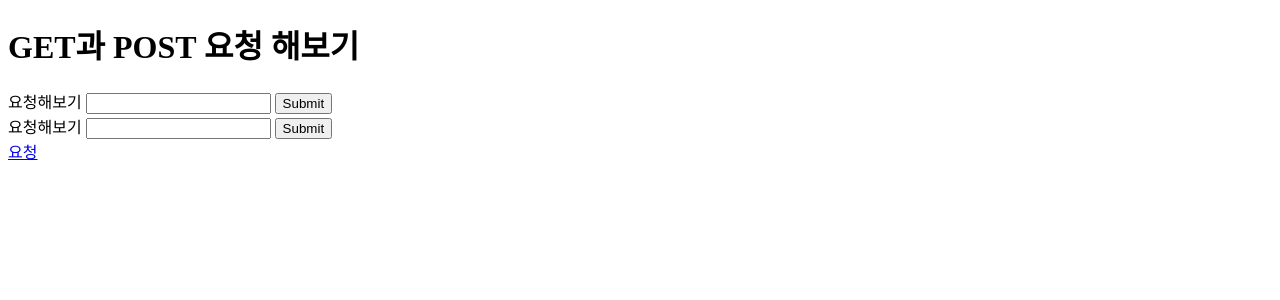
Repository: Jeongsuwon/JavaServlet
Page: WorkSpace/01.HelloJspServlet/src/main/webapp/getpost.html
These files come from the project's save history. The page is drawn as it stood at one moment and after the next save; the edit follows.
The browser window is 1280 px wide. The pictures show the whole page.

Above is the page before, as saved 2023-05-18 02:33:58.

### WorkSpace/01.HelloJspServlet/src/main/webapp/getpost.html
<!DOCTYPE html>
<html>
<head>
<meta charset="UTF-8">
<title>Insert title here</title>
</head>
<body>
	<h1> GET과 POST 요청 해보기</h1>
	<form action="Ex03_GetPost" method="post">
			<label for="name">요청해보기</label>
			<input type="text" name="txt1" id="txt2" >
			<input type="submit">
	</form>

	<form action="Ex03_GetPost">
	<label for="name">요청해보기</label>
	<input type="text" name="txt1" id="txt2">
	<input type="submit">
	</form>


	<a href="Ex03_GetPost?txt1=1234">요청</a>

</body>
</html>

After the next save:
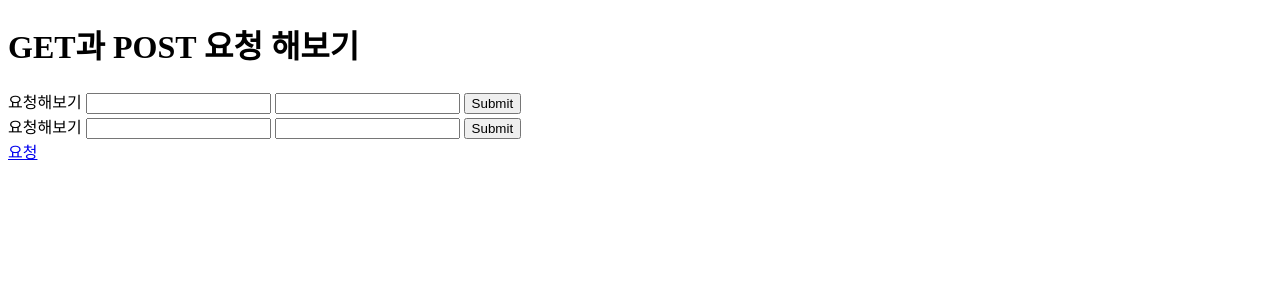
Saved 26 s later.
--- a/WorkSpace/01.HelloJspServlet/src/main/webapp/getpost.html
+++ b/WorkSpace/01.HelloJspServlet/src/main/webapp/getpost.html
@@ -9,12 +9,14 @@
 	<form action="Ex03_GetPost" method="post">
 			<label for="name">요청해보기</label>
 			<input type="text" name="txt1" id="txt2" >
+			<input type="text" name="txt2" id="txt2" >
 			<input type="submit">
 	</form>
 
 	<form action="Ex03_GetPost">
 	<label for="name">요청해보기</label>
 	<input type="text" name="txt1" id="txt2">
+	<input type="text" name="txt2" id="txt2">
 	<input type="submit">
 	</form>
 
